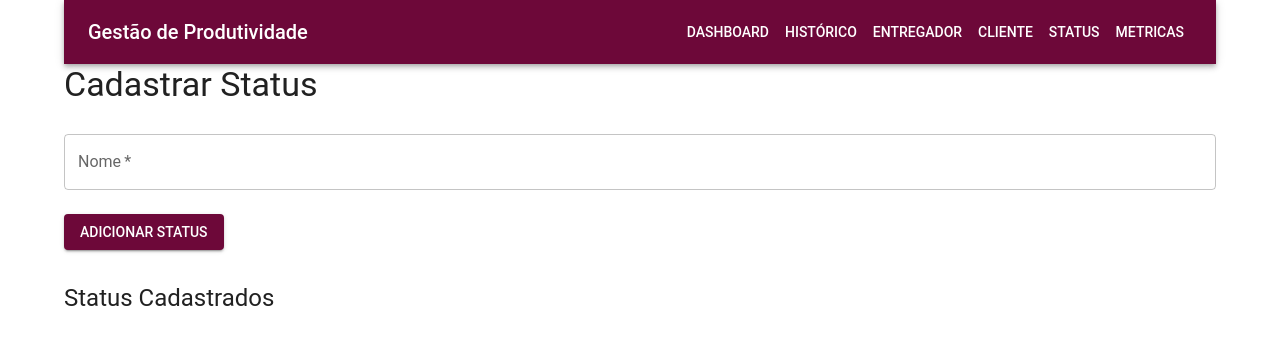
Repository: feliperanon/mobilegestao
Page: /add-status (app in frontend/)
An editor plug-in stored every save of this project. The page is shown before and after the next save, followed by the edit.
The browser window is 1280 px wide. The pictures show the whole page.
The page's requests for data from a server got no answer. The project was rebuilt for these pictures with package versions that can differ from the ones it lists, and the page was loaded fresh each time. No one was signed in, and anything a server would have sent is missing. Also part of the build but not shown: frontend/webpack.config.js, frontend/src/pages/Home.js, frontend/src/pages/History.js, frontend/src/pages/Analysis.js, frontend/src/components/Dashboard.js, frontend/src/components/Login.js, frontend/src/components/Register.js, frontend/src/components/AddEntregador.js and 2 more.

Above is the page before, as saved 2024-07-20 21:23:31.

### frontend/public/index.html
<!-- frontend/public/index.html -->

<!DOCTYPE html>
<html lang="en">
<head>
    <meta charset="UTF-8">
    <meta name="viewport" content="width=device-width, initial-scale=1.0">
    <title>Mobile Gestão</title>
</head>
<body>
    <div id="root"></div>
</body>
</html>

### frontend/src/index.js
import React from 'react';
import { createRoot } from 'react-dom/client';
import { BrowserRouter as Router, Route, Routes } from 'react-router-dom';
import { ThemeProvider } from '@mui/material/styles';
import CssBaseline from '@mui/material/CssBaseline';
import theme from './theme';
import Home from './pages/Home';
import History from './pages/History';
import Analysis from './pages/Analysis';
import Dashboard from './components/Dashboard';
import Login from './components/Login';
import Register from './components/Register';
import AddEntregador from './components/AddEntregador';
import AddCliente from './components/AddCliente';
import AddStatus from './components/AddStatus';
import Metrics from './components/Metrics';

const container = document.getElementById('root');
const root = createRoot(container);

root.render(
  <ThemeProvider theme={theme}>
    <CssBaseline />
    <Router>
      <Routes>
        <Route path="/" element={<Home />} />
        <Route path="/login" element={<Login />} />
        <Route path="/register" element={<Register />} />
        <Route path="/dashboard" element={<Dashboard />} />
        <Route path="/history" element={<History />} />
        <Route path="/analysis" element={<Analysis />} />
        <Route path="/metrics" element={<Metrics />} />
        <Route path="/add-entregador" element={<AddEntregador />} />
        <Route path="/add-cliente" element={<AddCliente />} />
        <Route path="/add-status" element={<AddStatus />} />
      </Routes>
    </Router>
  </ThemeProvider>
);

### frontend/src/theme.js
import { createTheme } from '@mui/material/styles';

const theme = createTheme({
  palette: {
    primary: {
      main: '#6d0839',
    },
    secondary: {
      main: '#750e49',
    },
  },
  typography: {
    fontFamily: 'Roboto, Arial, sans-serif',
  },
});

export default theme;

### frontend/src/components/AddStatus.js
// frontend/src/components/AddStatus.js

import React, { useState, useEffect } from 'react';
import axios from 'axios';
import { Container, Typography, TextField, Button, Box, List, ListItem, ListItemText, IconButton } from '@mui/material';
import Navigation from './Navigation';
import EditIcon from '@mui/icons-material/Edit';
import DeleteIcon from '@mui/icons-material/Delete';
import DeactivateIcon from '@mui/icons-material/Block';

const AddStatus = () => {
  const [nome, setNome] = useState('');
  const [statusList, setStatusList] = useState([]);
  const [message, setMessage] = useState('');
  const [editMode, setEditMode] = useState(false);
  const [editId, setEditId] = useState(null);

  useEffect(() => {
    const fetchStatus = async () => {
      try {
        const response = await axios.get('http://localhost:5008/api/lists/status');
        setStatusList(response.data);
      } catch (err) {
        console.error('Erro ao buscar status', err);
      }
    };

    fetchStatus();
  }, []);

  const handleSubmit = async (e) => {
    e.preventDefault();
    try {
      if (editMode) {
        await axios.put(`http://localhost:5008/api/lists/status/${editId}`, { nome });
        setMessage('Status atualizado com sucesso!');
      } else {
        const response = await axios.post('http://localhost:5008/api/lists/status', { nome });
        setStatusList([...statusList, response.data]);
        setMessage('Status cadastrado com sucesso!');
      }
      setNome('');
      setEditMode(false);
      setEditId(null);
    } catch (err) {
      setMessage('Erro ao adicionar/atualizar status. Tente novamente.');
      console.error('Erro ao adicionar/atualizar status', err);
    }
  };

  const handleEdit = (id, nome) => {
    setEditMode(true);
    setEditId(id);
    setNome(nome);
  };

  const handleDelete = async (id) => {
    try {
      await axios.delete(`http://localhost:5008/api/lists/status/${id}`);
      setStatusList(statusList.filter(status => status._id !== id));
      setMessage('Status excluído com sucesso!');
    } catch (err) {
      setMessage('Erro ao excluir status. Tente novamente.');
      console.error('Erro ao excluir status', err);
    }
  };

  const handleDeactivate = async (id) => {
    try {
      await axios.patch(`http://localhost:5008/api/lists/status/${id}/deactivate`);
      setStatusList(statusList.map(status => status._id === id ? { ...status, ativo: false } : status));
      setMessage('Status desativado com sucesso!');
    } catch (err) {
      setMessage('Erro ao desativar status. Tente novamente.');
      console.error('Erro ao desativar status', err);
    }
  };

  return (
    <Container>
      <Navigation />
      <Typography variant="h4" component="h1" gutterBottom>
        Cadastrar Status
      </Typography>
      <Box component="form" onSubmit={handleSubmit} sx={{ mb: 4 }}>
        <TextField
          label="Nome"
          value={nome}
          onChange={(e) => setNome(e.target.value)}
          fullWidth
          required
          margin="normal"
        />
        <Button type="submit" variant="contained" color="primary" sx={{ mt: 2 }}>
          {editMode ? 'Atualizar Status' : 'Adicionar Status'}
        </Button>
        {message && <Typography variant="body2" color="textSecondary">{message}</Typography>}
      </Box>
      <Typography variant="h5" component="h2" gutterBottom>
        Status Cadastrados
      </Typography>
      <List>
        {statusList.map((status) => (
          <ListItem key={status._id}>
            <ListItemText primary={status.nome} />
            <IconButton onClick={() => handleEdit(status._id, status.nome)}>
              <EditIcon />
            </IconButton>
            <IconButton onClick={() => handleDeactivate(status._id)}>
              <DeactivateIcon />
            </IconButton>
            <IconButton onClick={() => handleDelete(status._id)}>
              <DeleteIcon />
            </IconButton>
          </ListItem>
        ))}
      </List>
    </Container>
  );
};

export default AddStatus;

### frontend/src/components/Navigation.js
import React from 'react';
import { Link } from 'react-router-dom';
import { AppBar, Toolbar, Typography, Button } from '@mui/material';

const Navigation = () => {
  return (
    <AppBar position="static">
      <Toolbar>
        <Typography variant="h6" sx={{ flexGrow: 1 }}>
          Gestão de Produtividade
        </Typography>
        <Button color="inherit" component={Link} to="/dashboard">Dashboard</Button>
        <Button color="inherit" component={Link} to="/history">Histórico</Button>
        <Button color="inherit" component={Link} to="/add-entregador">Entregador</Button>
        <Button color="inherit" component={Link} to="/add-cliente">Cliente</Button>
        <Button color="inherit" component={Link} to="/add-status">Status</Button>
        <Button color="inherit" component={Link} to="/metrics">Metricas</Button>
      </Toolbar>
    </AppBar>
  );
};

export default Navigation;

After the next save:
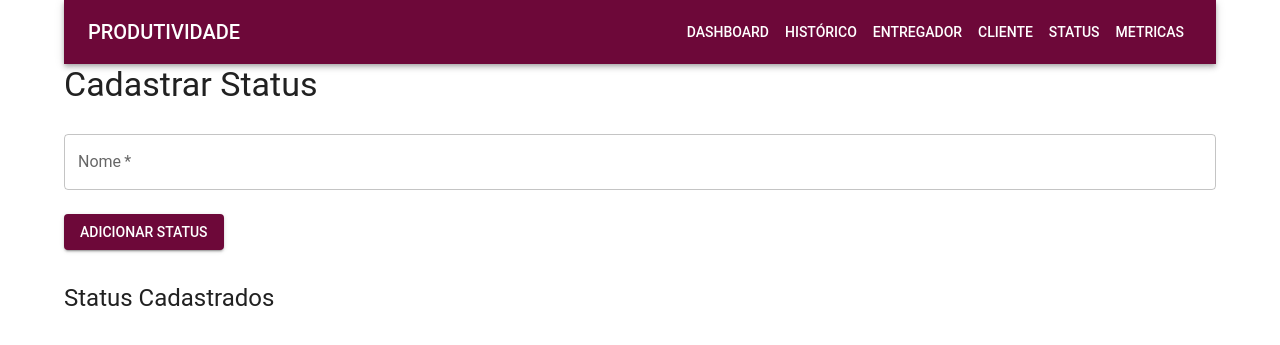
Saved 24 s later.
--- a/frontend/src/components/Navigation.js
+++ b/frontend/src/components/Navigation.js
@@ -7,7 +7,7 @@ const Navigation = () => {
     <AppBar position="static">
       <Toolbar>
         <Typography variant="h6" sx={{ flexGrow: 1 }}>
-          Gestão de Produtividade
+          PRODUTIVIDADE
         </Typography>
         <Button color="inherit" component={Link} to="/dashboard">Dashboard</Button>
         <Button color="inherit" component={Link} to="/history">Histórico</Button>
